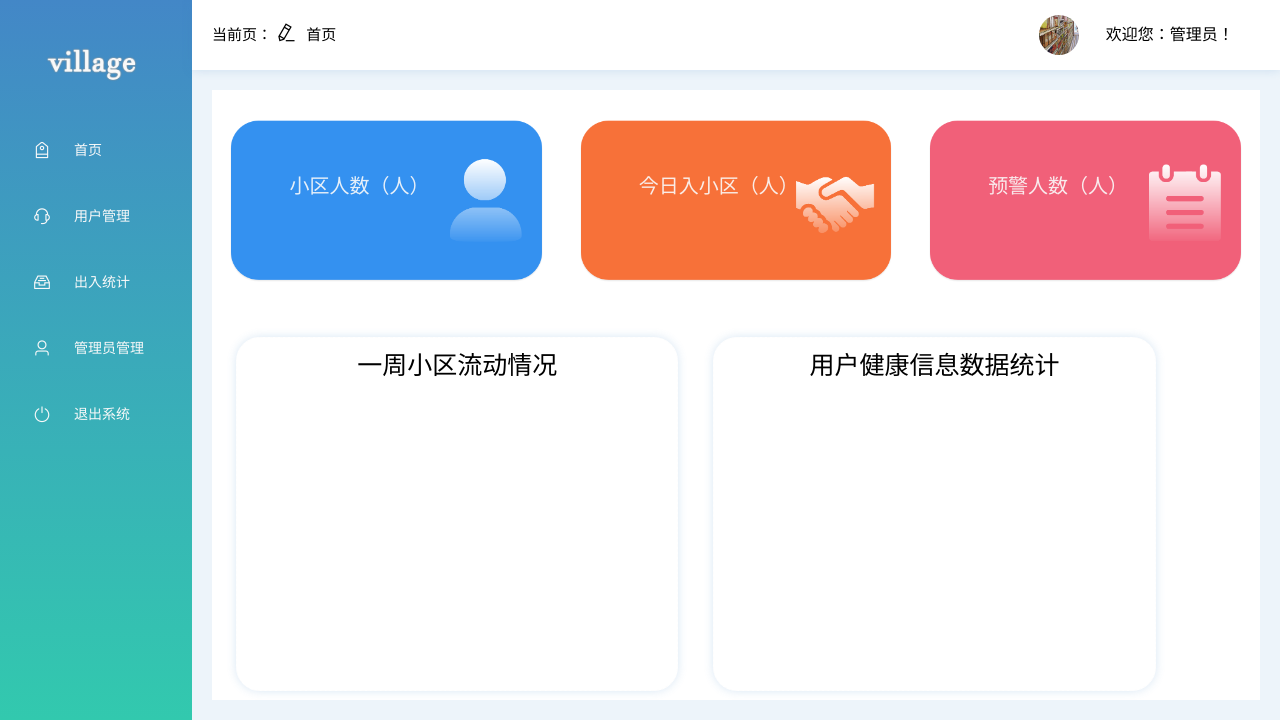
Repository: Aseisman/nongyebao
Page: /#/HomePage
An editor plug-in stored every save of this project. The page is shown before and after the next save, followed by the edit.
The browser window is 1280 px wide. The pictures show the whole page.
The page's requests for data from a server got no answer. The project was rebuilt for these pictures with package versions that can differ from the ones it lists, and the page was loaded fresh each time. No one was signed in, and anything a server would have sent is missing. Also part of the build but not shown: vue.config.js, src/components/Login.vue, src/components/Access/Access.vue, src/components/RecordManagement/RecordList.vue, src/components/AdminManagement/AdminList.vue, src/components/AdminManagement/AdminAdd.vue, src/components/AdminManagement/AdminChange.vue.

Above is the page before, as saved 2020-06-05 10:38:40.

After the next save:
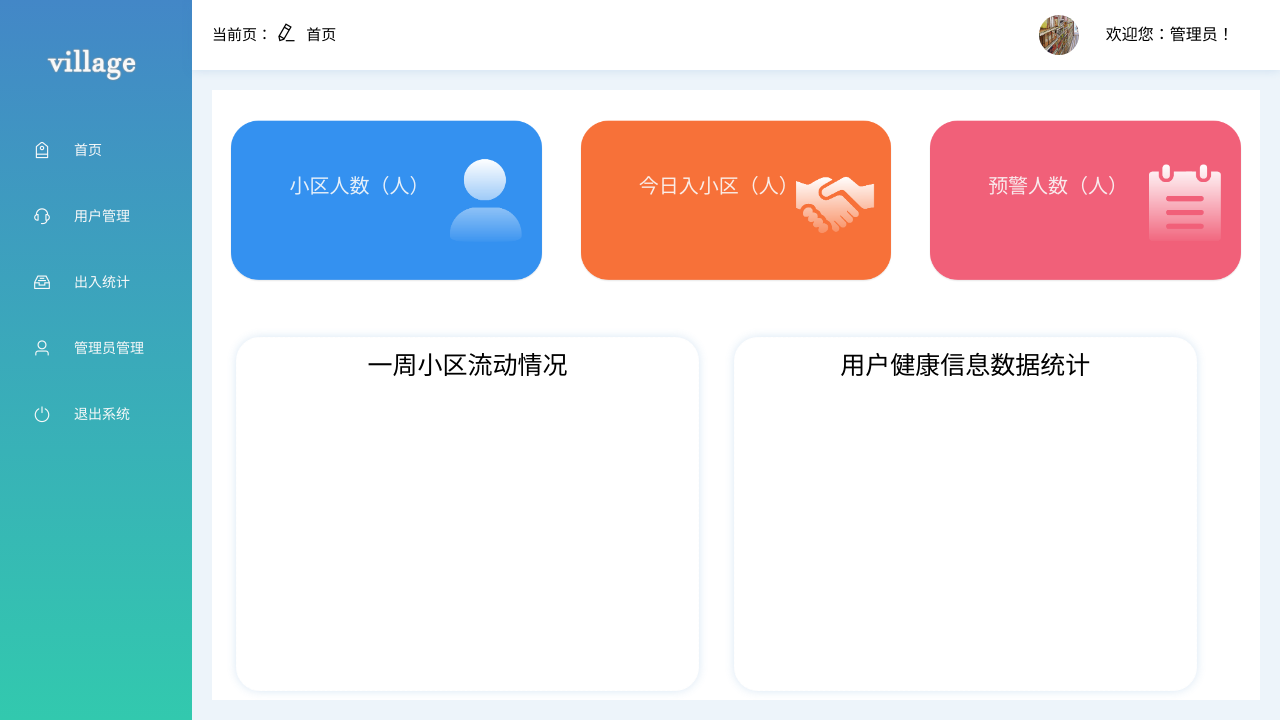
Saved 2 min 5 s later.
--- a/src/components/Home.vue
+++ b/src/components/Home.vue
@@ -29,7 +29,7 @@
     <!-- <div>一周出入情况</div> -->
     <div style="margin-top:50px;margin-left:24px;">
       <div
-        style="width: 43%;text-align: center;border-radius: 24px;box-shadow: 0px 0px 10px rgb(67, 135, 199, 0.2);border: 1px dashed rgba(249,249,249,0.4);float:left;"
+        style="width: 45%;text-align: center;border-radius: 24px;box-shadow: 0px 0px 10px rgb(67, 135, 199, 0.2);border: 1px dashed rgba(249,249,249,0.4);float:left;"
       >
         <div style="font-size: 25px;margin-top: 7px;">一周小区流动情况</div>
         <div id="myFirstChart" style="width:100%;height:309px;"></div>
@@ -38,7 +38,7 @@
     <!-- 一周健康信息数据统计 -->
     <div style="margin-top:50px;margin-left:24px;">
       <div
-        style="width: 43%;text-align: center;border-radius: 24px;box-shadow: 0px 0px 10px rgb(67, 135, 199, 0.2);border: 1px dashed rgba(249,249,249,0.4);float:left;margin-left: 35px;"
+        style="width: 45%;text-align: center;border-radius: 24px;box-shadow: 0px 0px 10px rgb(67, 135, 199, 0.2);border: 1px dashed rgba(249,249,249,0.4);float:left;margin-left: 35px;"
       >
         <div style="font-size: 25px;margin-top: 7px;">用户健康信息数据统计</div>
         <div id="mySecondChart" style="width:100%;height:309px;"></div>
